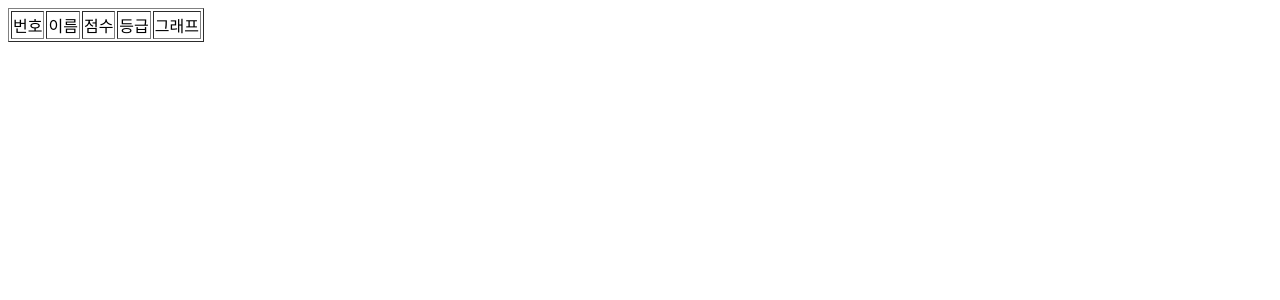
Repository: kkw3202/Jsp2026
Page: http://localhost/chapter01/example_score.jsp
An editor plug-in stored every save of this project. The page is shown before and after the next save, followed by the edit.
The browser window is 1280 px wide. The pictures show the whole page.
The page is served by Tomcat 9.

Above is the page before, as saved 2026-10-16 04:12:49.

After the next save:
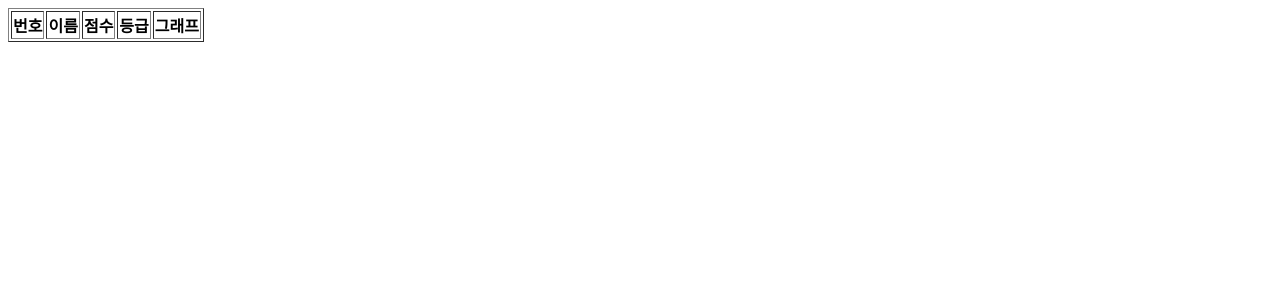
Saved 18 s later.
--- a/chapter01/src/main/webapp/example_score.jsp
+++ b/chapter01/src/main/webapp/example_score.jsp
@@ -14,11 +14,11 @@
 	<table border="1px">
 		<thead>
 			<tr>
-				<td>번호</td>
-				<td>이름</td>
-				<td>점수</td>
-				<td>등급</td>
-				<td>그래프</td>
+				<th>번호</th>
+				<th>이름</th>
+				<th>점수</th>
+				<th>등급</th>
+				<th>그래프</th>
 			</tr>
 		</thead>
 	</table>
